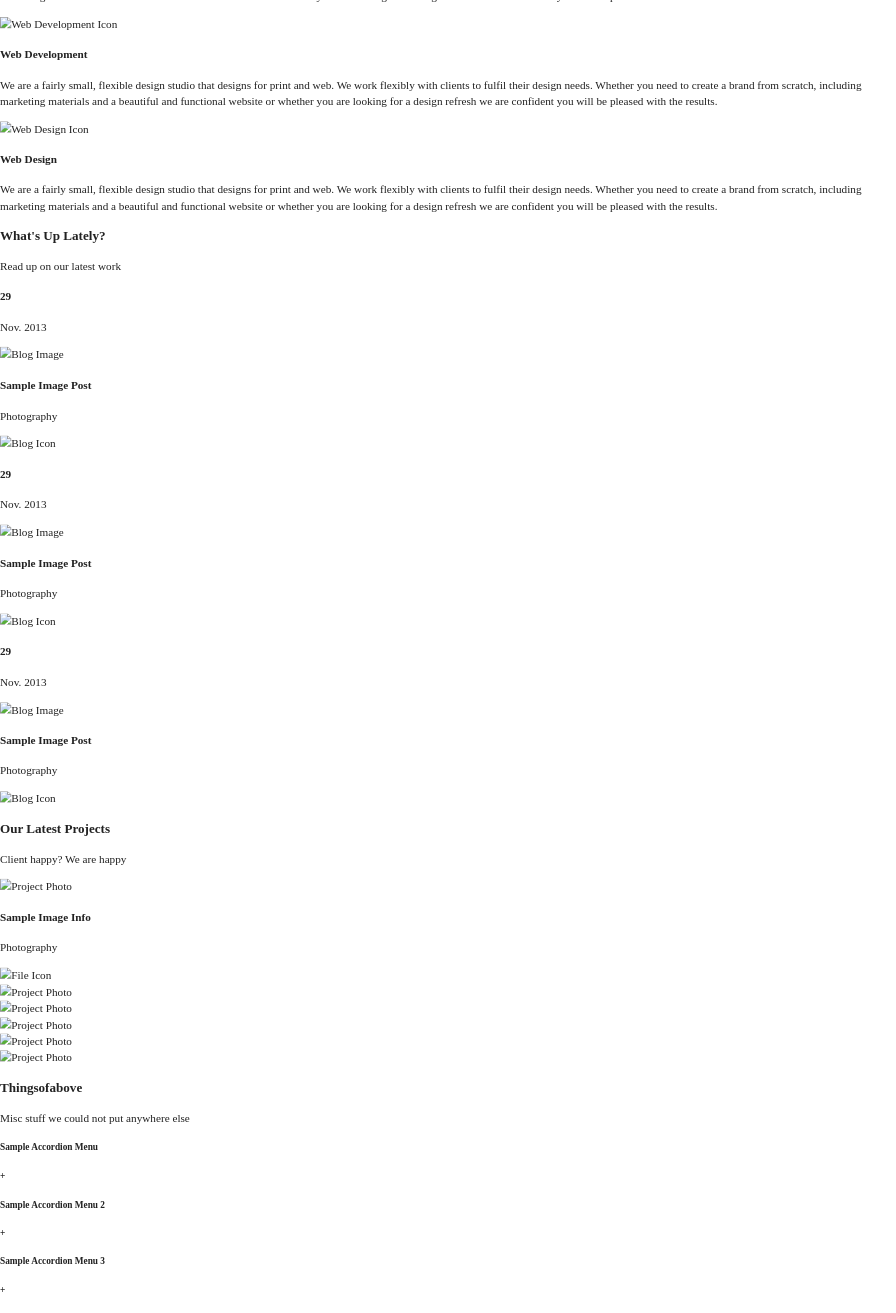
Repository: wilyyy/metrolics
Page: index.html
The author's editor kept a copy of each file at every save. The page is drawn from the files as they stood at one save, then again after the next save.
The browser window is 1280 px wide. The pictures show the part of the page from y = 1255 to 3175 px (the page is 3131 px tall before and 3175 px after), at 70% of full size.

Above is the page before, as saved 2021-01-27 00:40:14.

### index.html
<!doctype html>
<html class="no-js" lang="">

<head>
  <meta charset="utf-8">
  <title>Home - Metrolics</title>
  <meta name="description" content="">
  <meta name="viewport" content="width=device-width, initial-scale=1">

  <meta property="og:title" content="">
  <meta property="og:type" content="">
  <meta property="og:url" content="">
  <meta property="og:image" content="">

  <link rel="manifest" href="site.webmanifest">
  <link rel="apple-touch-icon" href="icon.png">
  <!-- Place favicon.ico in the root directory -->

  <link rel="stylesheet" href="css/normalize.css">
  <link rel="stylesheet" href="css/main.css">

  <meta name="theme-color" content="#fafafa">
</head>

<body>

  <nav>
    <div class="logo">
      <h1 class="logo">Metrolics</h1>
      <img src="" alt="Metrolics Logo">
    </div>

    <div class="pages-container">
      <div class="page-button home">
        <img src="" alt="Page Icon" class="page-button-icon">
        <div>
          <p>Home</p>
        </div>
      </div>
      <div class="page-button pages">
        <img src="" alt="Page Icon" class="page-button-icon">
        <div>
          <p>Pages</p>
          <p>></p>
        </div>
      </div>
      <div class="page-button blog">
        <img src="" alt="Page Icon" class="page-button-icon">
        <div>
          <p>Blog</p>
          <p>></p>
        </div>
      </div>
      <div class="page-button portfolio">
        <img src="" alt="Page Icon" class="page-button-icon">
        <div>
          <p>Portfolio</p>
          <p>></p>
        </div>
      </div>
      <div class="page-button home-darkblue">
        <img src="" alt="Page Icon" class="page-button-icon">
        <div>
          <p>Home</p>
        </div>
      </div>
    </div>
  </nav>


  <header>
    <div class="column"></div>

    <div class="hero-image">
      <div class="arrow-containers">
        <div class="arrows">
          <img src="" alt="Left Arrow">
        </div>
        <div class="arrows">
          <img src="" alt="Right Arrow">
        </div>
      </div>
      <div class="header-info">
        <div class="header-info-container">
          <div class="header-info-indicator indicator-blue"></div>
          <h2>Metro Style</h2>
        </div>
        <div class="header-info-container">
          <div class="header-info-indicator indicator-salmon"></div>
          <h2>Retina Ready</h2>
        </div>
        <div class="header-info-container">
          <div class="header-info-indicator indicator-yellow"></div>
          <h2>Responsive Design</h2>
        </div>
      </div>
    </div>

    <div class="column"></div>
  </header>


  <main>
    <div>
      <h2>Hey guys! This is the Metrolics theme.
        It sports a responsive layout with a mobile layout.
      </h2>
    </div>

    <section>
      <div>
        <h3>Things That We Do</h3>
        <p>Ask us what we can do for you</p>
      </div>

      <div class="services-container">
        <div class="service">
          <img src="" alt="Web Solutions Icon">
          <h4>Web Solutions</h4>
          <p>We are a fairly small, flexible design studio that designs for print and web. We work flexibly
            with clients to fulfil their design needs. Whether you need to create a brand from scratch, including marketing materials and a beautiful and
            functional website or whether you are looking for a design refresh we are confident you will be pleased with the results.
          </p>
        </div>
      </div>

      <div class="services-container">
        <div class="service">
          <img src="" alt="Photography Icon">
          <h4>Photography</h4>
          <p>We are a fairly small, flexible design studio that designs for print and web. We work flexibly
            with clients to fulfil their design needs. Whether you need to create a brand from scratch, including marketing materials and a beautiful and
            functional website or whether you are looking for a design refresh we are confident you will be pleased with the results.
          </p>
        </div>
      </div>

      <div class="services-container">
        <div class="service">
          <img src="" alt="Web Development Icon">
          <h4>Web Development</h4>
          <p>We are a fairly small, flexible design studio that designs for print and web. We work flexibly
            with clients to fulfil their design needs. Whether you need to create a brand from scratch, including marketing materials and a beautiful and
            functional website or whether you are looking for a design refresh we are confident you will be pleased with the results.
          </p>
        </div>
      </div>

      <div class="services-container">
        <div class="service">
          <img src="" alt="Web Design Icon">
          <h4>Web Design</h4>
          <p>We are a fairly small, flexible design studio that designs for print and web. We work flexibly
            with clients to fulfil their design needs. Whether you need to create a brand from scratch, including marketing materials and a beautiful and
            functional website or whether you are looking for a design refresh we are confident you will be pleased with the results.
          </p>
        </div>
      </div>
    </section>

    <section>
      <div>
        <h3>What's Up Lately?</h3>
        <p>Read up on our latest work</p>
      </div>

      <div class="blog-container">
        <div class="blog">
          <div class="blog-image">
            <div class="blog-image-date">
              <h4>29</h4>
              <p>Nov. 2013</p>
            </div>
            <img src="" alt="Blog Image">
          </div>
          <div class="blog-image-info">
            <div>
              <h4>Sample Image Post</h4>
              <p>Photography</p>
            </div>
            <div class="blog-icon">
              <img src="" alt="Blog Icon">
            </div>
          </div>
        </div>
        <div class="blog">
          <div class="blog-image">
            <div class="blog-image-date">
              <h4>29</h4>
              <p>Nov. 2013</p>
            </div>
            <img src="" alt="Blog Image">
          </div>
          <div class="blog-image-info">
            <div>
              <h4>Sample Image Post</h4>
              <p>Photography</p>
            </div>
            <div class="blog-icon">
              <img src="" alt="Blog Icon">
            </div>
          </div>
        </div>
        <div class="blog">
          <div class="blog-image">
            <div class="blog-image-date">
              <h4>29</h4>
              <p>Nov. 2013</p>
            </div>
            <img src="" alt="Blog Image">
          </div>
          <div class="blog-image-info">
            <div>
              <h4>Sample Image Post</h4>
              <p>Photography</p>
            </div>
            <div class="blog-icon">
              <img src="" alt="Blog Icon">
            </div>
          </div>
        </div>
      </div>
    </section>

    <section>
      <div>
        <h3>Our Latest Projects</h3>
        <p>Client happy? We are happy</p>
      </div>

      <div class="project-photo">
        <img src="" alt="Project Photo">
        <div class="project-photo-hover">
          <div class="hover-info">
            <div>
              <h4>Sample Image Info</h4>
              <p>Photography</p>
            </div>
            <div class="info-icon">
              <img src="" alt="File Icon">
            </div>
          </div>
        </div>
      </div>

      <div class="project-photo">
        <img src="" alt="Project Photo">
      </div>

      <div class="project-photo">
        <img src="" alt="Project Photo">
      </div>

      <div class="project-photo">
        <img src="" alt="Project Photo">
      </div>

      <div class="project-photo">
        <img src="" alt="Project Photo">
      </div>

      <div class="project-photo">
        <img src="" alt="Project Photo">
      </div>
    </section>

    <section>
      <div>
        <h3>Thingsofabove</h3>
        <p>Misc stuff we could not put anywhere else</p>
      </div>

      <div class="misc-container">

        <div class="sample-menu">
          <div class="sample-featured">
            <div class="sample-header sample-header-blue">
              <h5>Sample Accordion Menu</h5>
              <h5>+</h5>
            </div>
            <div class="sample-content">
              <div class="img"></div>
            </div>
          </div>

          <div class="sample-header">
            <h5>Sample Accordion Menu 2</h5>
            <h5>+</h5>
          </div>

          <div class="sample-header">
            <h5>Sample Accordion Menu 3</h5>
            <h5>+</h5>
          </div>
        </div>

        <div class="tab-menu"></div>

      </div>
    </section>
  </main>


  <footer></footer>


  <script src="js/vendor/modernizr-3.11.2.min.js"></script>
  <script src="js/plugins.js"></script>
  <script src="js/main.js"></script>

  <!-- Google Analytics: change UA-XXXXX-Y to be your site's ID. -->
  <script>
    window.ga = function () { ga.q.push(arguments) }; ga.q = []; ga.l = +new Date;
    ga('create', 'UA-XXXXX-Y', 'auto'); ga('set', 'anonymizeIp', true); ga('set', 'transport', 'beacon'); ga('send', 'pageview')
  </script>
  <script src="https://www.google-analytics.com/analytics.js" async></script>
</body>

</html>

### css/main.css
/*! HTML5 Boilerplate v8.0.0 | MIT License | https://html5boilerplate.com/ */

/* main.css 2.1.0 | MIT License | https://github.com/h5bp/main.css#readme */
/*
 * What follows is the result of much research on cross-browser styling.
 * Credit left inline and big thanks to Nicolas Gallagher, Jonathan Neal,
 * Kroc Camen, and the H5BP dev community and team.
 */

/* ==========================================================================
   Base styles: opinionated defaults
   ========================================================================== */

html {
  color: #222;
  font-size: 1em;
  line-height: 1.4;
}

/*
 * Remove text-shadow in selection highlight:
 * https://twitter.com/miketaylr/status/12228805301
 *
 * Vendor-prefixed and regular ::selection selectors cannot be combined:
 * https://stackoverflow.com/a/16982510/7133471
 *
 * Customize the background color to match your design.
 */

::-moz-selection {
  background: #b3d4fc;
  text-shadow: none;
}

::selection {
  background: #b3d4fc;
  text-shadow: none;
}

/*
 * A better looking default horizontal rule
 */

hr {
  display: block;
  height: 1px;
  border: 0;
  border-top: 1px solid #ccc;
  margin: 1em 0;
  padding: 0;
}

/*
 * Remove the gap between audio, canvas, iframes,
 * images, videos and the bottom of their containers:
 * https://github.com/h5bp/html5-boilerplate/issues/440
 */

audio,
canvas,
iframe,
img,
svg,
video {
  vertical-align: middle;
}

/*
 * Remove default fieldset styles.
 */

fieldset {
  border: 0;
  margin: 0;
  padding: 0;
}

/*
 * Allow only vertical resizing of textareas.
 */

textarea {
  resize: vertical;
}

/* ==========================================================================
   Author's custom styles
   ========================================================================== */

/* ==========================================================================
   Helper classes
   ========================================================================== */

/*
 * Hide visually and from screen readers
 */

.hidden,
[hidden] {
  display: none !important;
}

/*
 * Hide only visually, but have it available for screen readers:
 * https://snook.ca/archives/html_and_css/hiding-content-for-accessibility
 *
 * 1. For long content, line feeds are not interpreted as spaces and small width
 *    causes content to wrap 1 word per line:
 *    https://medium.com/@jessebeach/beware-smushed-off-screen-accessible-text-5952a4c2cbfe
 */

.sr-only {
  border: 0;
  clip: rect(0, 0, 0, 0);
  height: 1px;
  margin: -1px;
  overflow: hidden;
  padding: 0;
  position: absolute;
  white-space: nowrap;
  width: 1px;
  /* 1 */
}

/*
 * Extends the .sr-only class to allow the element
 * to be focusable when navigated to via the keyboard:
 * https://www.drupal.org/node/897638
 */

.sr-only.focusable:active,
.sr-only.focusable:focus {
  clip: auto;
  height: auto;
  margin: 0;
  overflow: visible;
  position: static;
  white-space: inherit;
  width: auto;
}

/*
 * Hide visually and from screen readers, but maintain layout
 */

.invisible {
  visibility: hidden;
}

/*
 * Clearfix: contain floats
 *
 * For modern browsers
 * 1. The space content is one way to avoid an Opera bug when the
 *    `contenteditable` attribute is included anywhere else in the document.
 *    Otherwise it causes space to appear at the top and bottom of elements
 *    that receive the `clearfix` class.
 * 2. The use of `table` rather than `block` is only necessary if using
 *    `:before` to contain the top-margins of child elements.
 */

.clearfix::before,
.clearfix::after {
  content: " ";
  display: table;
}

.clearfix::after {
  clear: both;
}

/* ==========================================================================
   EXAMPLE Media Queries for Responsive Design.
   These examples override the primary ('mobile first') styles.
   Modify as content requires.
   ========================================================================== */

@media only screen and (min-width: 35em) {
  /* Style adjustments for viewports that meet the condition */
}

@media print,
  (-webkit-min-device-pixel-ratio: 1.25),
  (min-resolution: 1.25dppx),
  (min-resolution: 120dpi) {
  /* Style adjustments for high resolution devices */
}

/* ==========================================================================
   Print styles.
   Inlined to avoid the additional HTTP request:
   https://www.phpied.com/delay-loading-your-print-css/
   ========================================================================== */

@media print {
  *,
  *::before,
  *::after {
    background: #fff !important;
    color: #000 !important;
    /* Black prints faster */
    box-shadow: none !important;
    text-shadow: none !important;
  }

  a,
  a:visited {
    text-decoration: underline;
  }

  a[href]::after {
    content: " (" attr(href) ")";
  }

  abbr[title]::after {
    content: " (" attr(title) ")";
  }

  /*
   * Don't show links that are fragment identifiers,
   * or use the `javascript:` pseudo protocol
   */
  a[href^="#"]::after,
  a[href^="javascript:"]::after {
    content: "";
  }

  pre {
    white-space: pre-wrap !important;
  }

  pre,
  blockquote {
    border: 1px solid #999;
    page-break-inside: avoid;
  }

  /*
   * Printing Tables:
   * https://web.archive.org/web/20180815150934/http://css-discuss.incutio.com/wiki/Printing_Tables
   */
  thead {
    display: table-header-group;
  }

  tr,
  img {
    page-break-inside: avoid;
  }

  p,
  h2,
  h3 {
    orphans: 3;
    widows: 3;
  }

  h2,
  h3 {
    page-break-after: avoid;
  }
}

### js/plugins.js
// Avoid `console` errors in browsers that lack a console.
(function() {
  var method;
  var noop = function () {};
  var methods = [
    'assert', 'clear', 'count', 'debug', 'dir', 'dirxml', 'error',
    'exception', 'group', 'groupCollapsed', 'groupEnd', 'info', 'log',
    'markTimeline', 'profile', 'profileEnd', 'table', 'time', 'timeEnd',
    'timeline', 'timelineEnd', 'timeStamp', 'trace', 'warn'
  ];
  var length = methods.length;
  var console = (window.console = window.console || {});

  while (length--) {
    method = methods[length];

    // Only stub undefined methods.
    if (!console[method]) {
      console[method] = noop;
    }
  }
}());

// Place any jQuery/helper plugins in here.

Loaded but not shown: css/normalize.css (library); js/vendor/modernizr-3.11.2.min.js (library); js/main.js (no stored copy; drawn as an empty file)

After the next save:
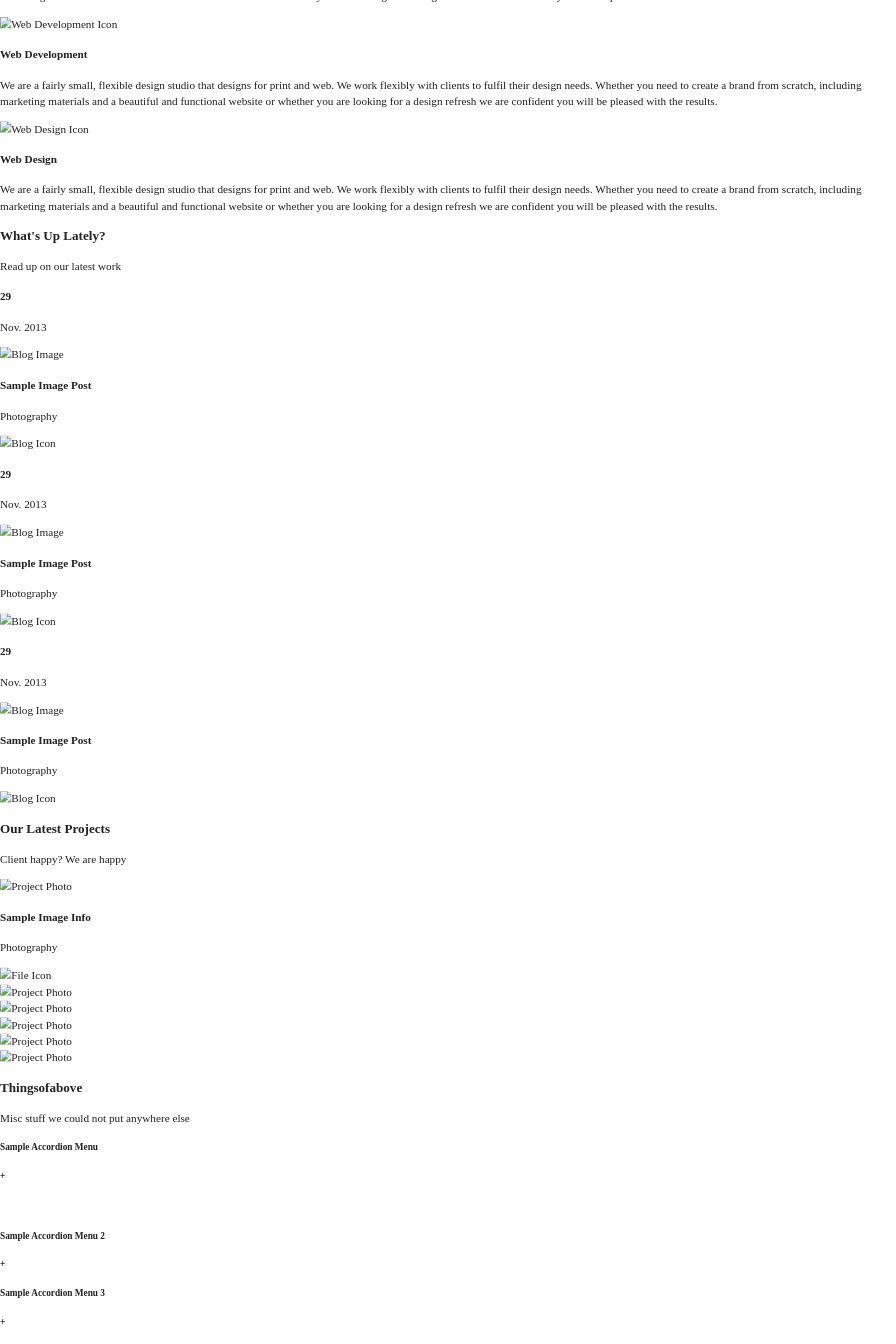
Saved 4 s later.
--- a/index.html
+++ b/index.html
@@ -279,7 +279,7 @@
               <h5>+</h5>
             </div>
             <div class="sample-content">
-              <div class="img"></div>
+              <img src="" alt="">
             </div>
           </div>
 
